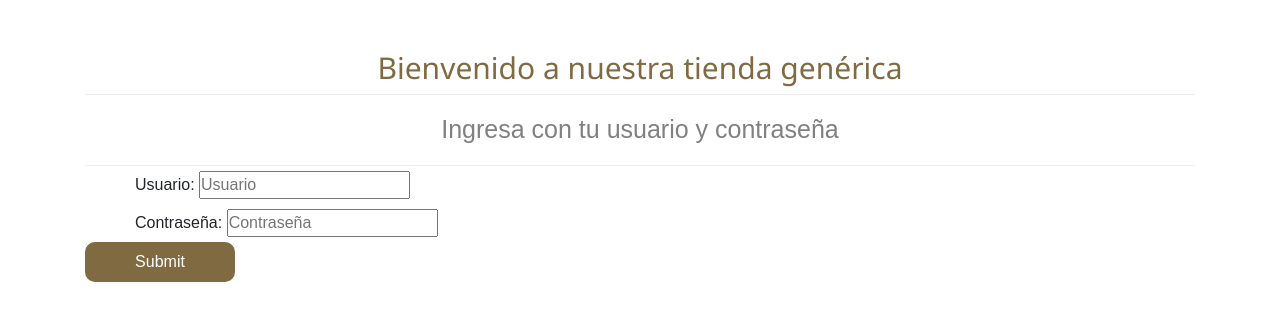
Repository: andresrojas686/tiendaGenericaMintic
Page: primerJSP/src/main/webapp/index.html
An editor plug-in stored every save of this project. The page is shown before and after the next save, followed by the edit.
The browser window is 1280 px wide. The pictures show the whole page.

Above is the page before, as saved 2021-09-15 15:28:47.

### primerJSP/src/main/webapp/index.html
<!DOCTYPE html>
<html>
<head>
<meta charset="ISO-8859-1">
<link rel="stylesheet" href="style/styles.css">
<link rel="stylesheet" href="style/main.css">
<title>Tienda generica</title>
</head>
<body>
	<section class="main">
		<div class="container">
			<h1 class="titulo-tienda">Bienvenido a nuestra tienda genérica</h1>
			<div class="border-top border-bottom py-3">
				<p class="ingresa">Ingresa con tu usuario y contraseña</p>
		    </div>
			<form action="comprobarUsuario.jsp" method="post">
				<div>
					<label>Usuario: </label>
					<input type="text" name="usuario" placeholder="Usuario">
				</div>
				<div>
					<label>Contraseña: </label>
					<input type="password" name="pass" placeholder="Contraseña">
				</div>
				<div>
					<input type="submit" class="botones-usuario">
				</div>
			</form>
		</div>
	</section>
</body>
</html>

### primerJSP/src/main/webapp/style/styles.css
@charset "ISO-8859-1";
*{
    margin: 0;
    padding: 0;
}
.titulo-tienda{
  text-align: center;
  margin-top: 50px;
  font-family: 'Segoe UI', Tahoma, Geneva, Verdana, sans-serif;
  font-size: 30px;
  color: #806a41;
}
.ingresa{
  text-align: center;
  font-size: 25px;
  color: grey;
}
form label{
  margin-left: 50px;
  margin-top: 7px;
  margin-bottom: 7px;
}
.usuario{
  display: flex;
}
form label input{
  flex-wrap: wrap;
  width: 75vw;
  height: 35px;
  font-size: 15px;
  /* border-radius: 5px; */
}

.contenedor-botones{
  margin-top: 20px;
  display: flex;
  width: 100%;
}

.botones-usuario{
  margin: 0 auto;
  width: 150px;
  height: 40px;
  color: white;
  border: 2px solid #806a41;
  background-color: #806a41;
  border-radius: 10px;
}
.botones-usuario a{
  color: white;
}
.botones-usuario:hover{
  background-color: white;
  color: #806a41;
  box-shadow: 3px 3px 3px gray;
}
.enlace-usuario{
  text-align: center;
  padding-top: 5px;
  width: 150px;
  height: 40px;
  color: white;
  border: 2px solid #806a41;
  background-color: #806a41;
  border-radius: 10px;
}
.enlace-usuario:hover{
  text-align: center;
  padding-top: 5px;
  width: 150px;
  height: 40px;
  color: white;
  border: 2px solid #806a41;
  background-color: white;
  color: #806a41;
  border-radius: 10px;
}

Loaded but not shown: primerJSP/src/main/webapp/style/main.css (library)

After the next save:
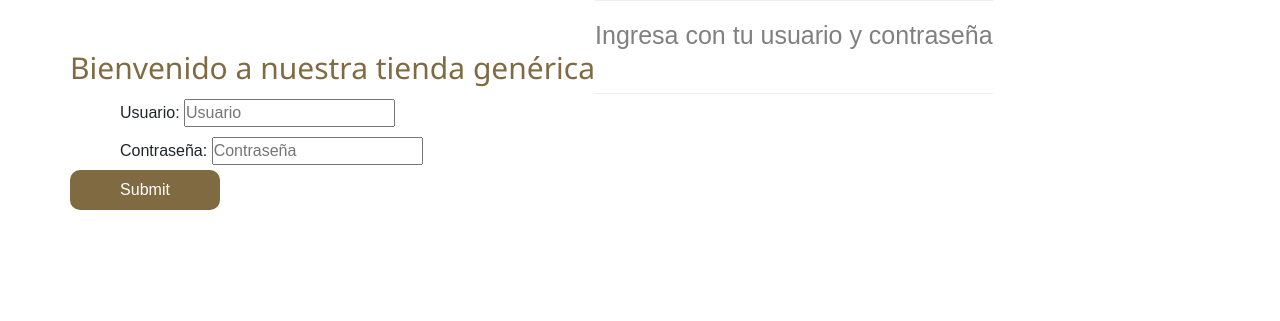
Saved 31 s later.
--- a/primerJSP/src/main/webapp/index.html
+++ b/primerJSP/src/main/webapp/index.html
@@ -9,23 +9,25 @@
 <body>
 	<section class="main">
 		<div class="container">
-			<h1 class="titulo-tienda">Bienvenido a nuestra tienda genérica</h1>
-			<div class="border-top border-bottom py-3">
-				<p class="ingresa">Ingresa con tu usuario y contraseña</p>
-		    </div>
-			<form action="comprobarUsuario.jsp" method="post">
-				<div>
-					<label>Usuario: </label>
-					<input type="text" name="usuario" placeholder="Usuario">
-				</div>
-				<div>
-					<label>Contraseña: </label>
-					<input type="password" name="pass" placeholder="Contraseña">
-				</div>
-				<div>
-					<input type="submit" class="botones-usuario">
-				</div>
-			</form>
+			<section class="row">
+				<h1 class="titulo-tienda">Bienvenido a nuestra tienda genérica</h1>
+				<div class="border-top border-bottom py-3">
+					<p class="ingresa">Ingresa con tu usuario y contraseña</p>
+			    </div>
+				<form action="comprobarUsuario.jsp" method="post">
+					<div>
+						<label>Usuario: </label>
+						<input type="text" name="usuario" placeholder="Usuario">
+					</div>
+					<div>
+						<label>Contraseña: </label>
+						<input type="password" name="pass" placeholder="Contraseña">
+					</div>
+					<div>
+						<input type="submit" class="botones-usuario">
+					</div>
+				</form>
+			<section class="row">
 		</div>
 	</section>
 </body>

After the 2 saves that followed:
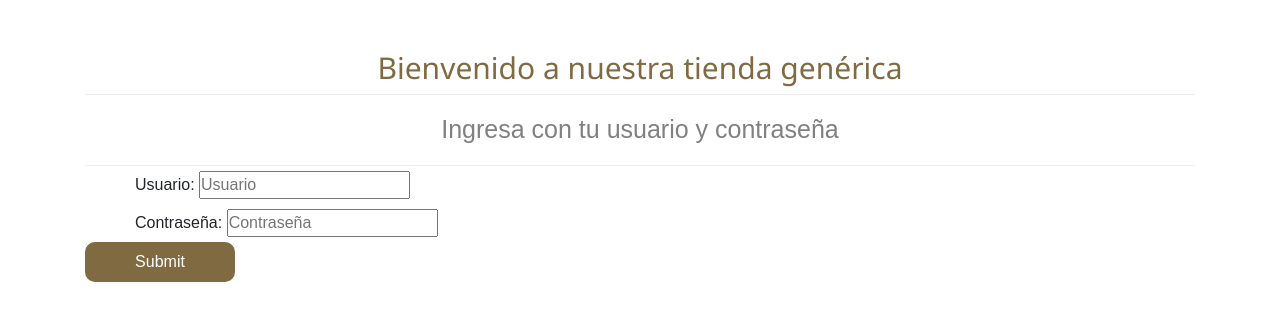
The 2 saves are shown as one change because 1 left the picture as it was.
The last was saved 89 s later.
--- a/primerJSP/src/main/webapp/index.html
+++ b/primerJSP/src/main/webapp/index.html
@@ -10,24 +10,26 @@
 	<section class="main">
 		<div class="container">
 			<section class="row">
-				<h1 class="titulo-tienda">Bienvenido a nuestra tienda genérica</h1>
-				<div class="border-top border-bottom py-3">
-					<p class="ingresa">Ingresa con tu usuario y contraseña</p>
-			    </div>
-				<form action="comprobarUsuario.jsp" method="post">
-					<div>
-						<label>Usuario: </label>
-						<input type="text" name="usuario" placeholder="Usuario">
-					</div>
-					<div>
-						<label>Contraseña: </label>
-						<input type="password" name="pass" placeholder="Contraseña">
-					</div>
-					<div>
-						<input type="submit" class="botones-usuario">
-					</div>
-				</form>
-			<section class="row">
+				<div class="col">
+					<h1 class="titulo-tienda">Bienvenido a nuestra tienda genérica</h1>
+					<div class="border-top border-bottom py-3">
+						<p class="ingresa">Ingresa con tu usuario y contraseña</p>
+				    </div>
+					<form action="comprobarUsuario.jsp" method="post">
+						<div>
+							<label>Usuario: </label>
+							<input type="text" name="usuario" placeholder="Usuario">
+						</div>
+						<div>
+							<label>Contraseña: </label>
+							<input type="password" name="pass" placeholder="Contraseña">
+						</div>
+						<div>
+							<input type="submit" class="botones-usuario">
+						</div>
+					</form>
+				</div>
+			</section>
 		</div>
 	</section>
 </body>
